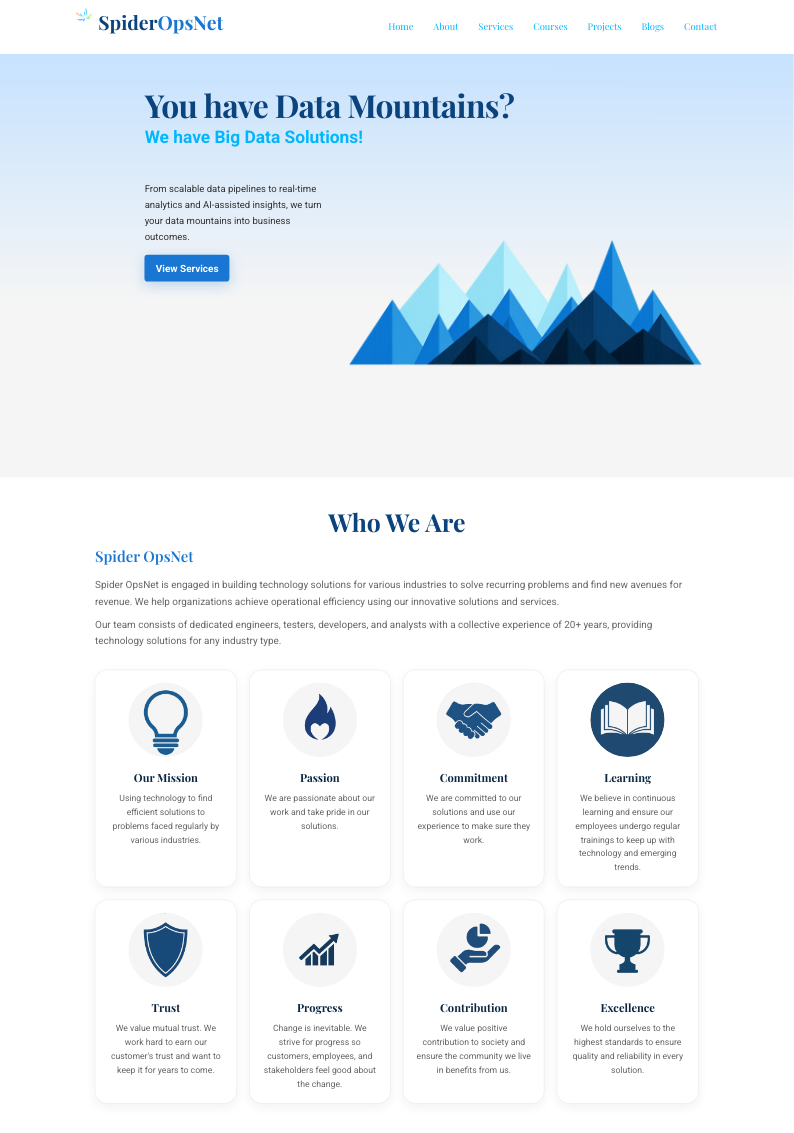
Repository: Yeshwanth-189/spiderOpsNet
Page: / (app in spideropsnet-frontend/)
The author's editor kept a copy of each file at every save. The page is drawn from the files as they stood at one save, then again after the next save.
The browser window is 1280 px wide. The pictures show the whole page, at 62% of full size.
Pictures or frames that could not be fetched are drawn as grey boxes. The project was rebuilt for these pictures with package versions that can differ from the ones it lists, and the page was loaded fresh each time. Also part of the build but not shown: spideropsnet-frontend/vite.config.js.

Above is the page before, as saved 2025-09-04 19:14:35.

After the next save:
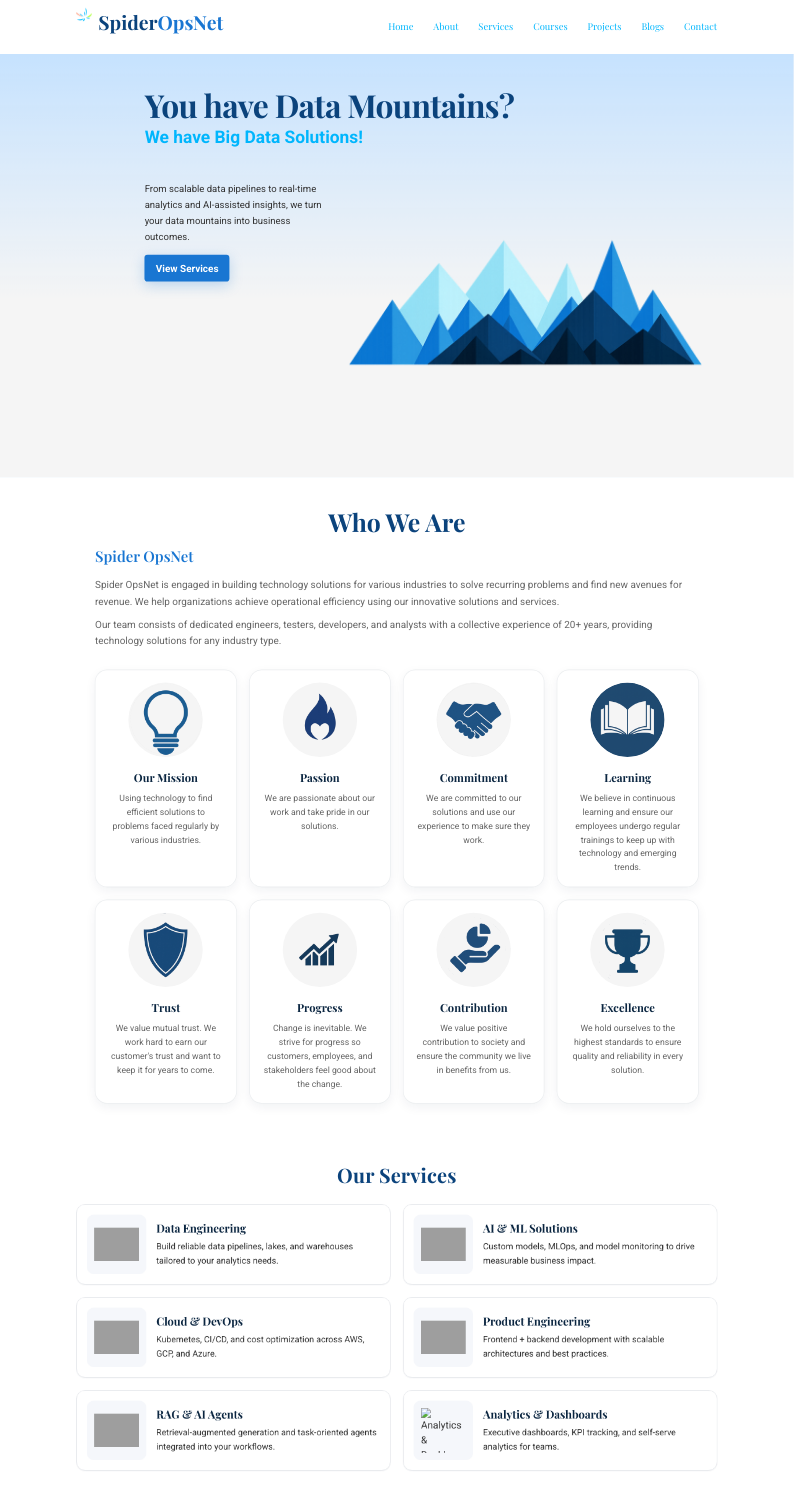
Saved 18 s later.
--- a/spideropsnet-frontend/src/components/SpiderOpsNet.jsx
+++ b/spideropsnet-frontend/src/components/SpiderOpsNet.jsx
@@ -2,6 +2,7 @@ import React from "react";
 import Hero from "../components/Hero";
 import NavBar from "../components/NavBar";
 import About from "../components/About";
+import Services from "../components/Services";
 // import Experience from "../components/Experience";
 // import Communications from "../components/Communications";
 import "../styles/SpiderOpsNet.css";
@@ -12,6 +13,7 @@ function SpiderOpsNet() {
       <NavBar />
       <Hero />
       <About />
+      <Services />
       {/* <Experience />
       <Communications /> */}
     </>
